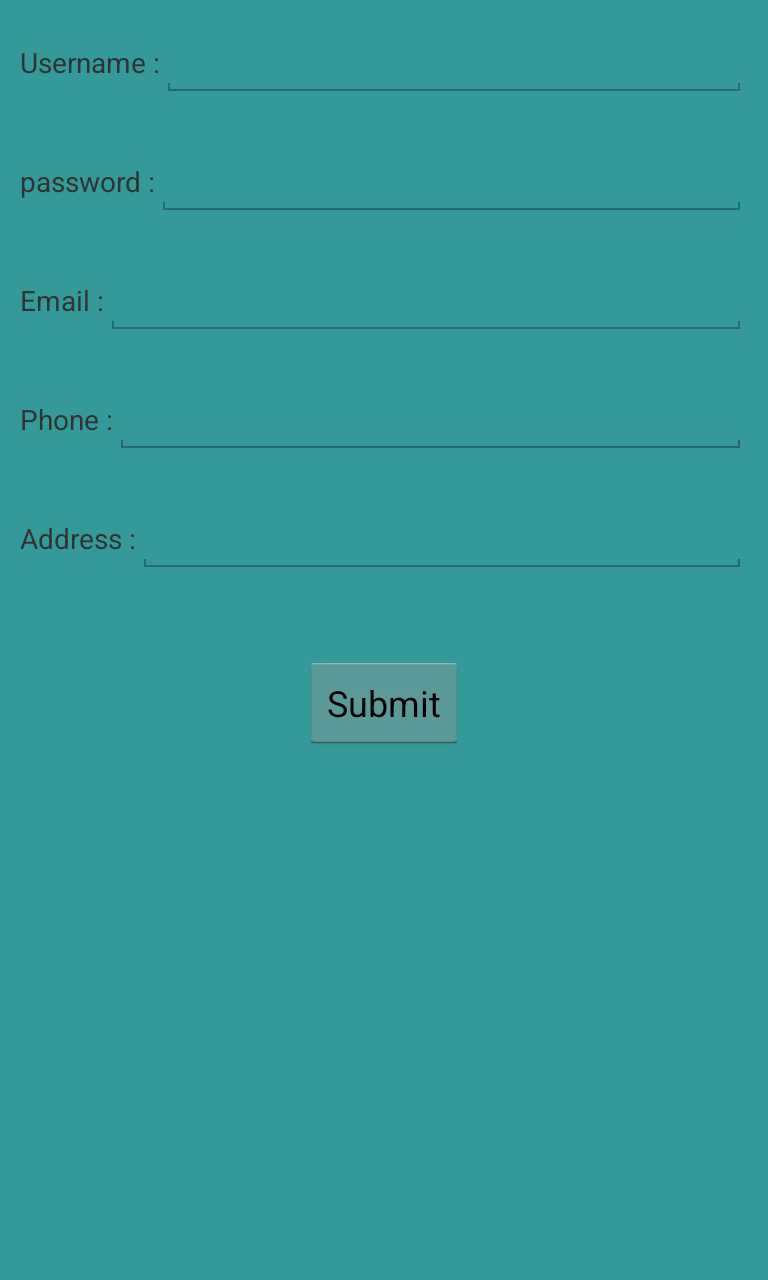
Repository: AnithaGorli/Android
Layout: CustomerApplication/res/layout/login.xml
These files come from the project's save history. The layout is drawn as it stood at one moment and after the next save; the edit follows.
It is drawn on a 768 x 1280 px phone screen (xhdpi) without system bars, with theme AppTheme; the app's code is not run.

Above is the layout before, as saved 2014-09-09 11:23:30.

### CustomerApplication/res/layout/login.xml
<?xml version="1.0" encoding="utf-8"?>
<LinearLayout xmlns:android="http://schemas.android.com/apk/res/android"
    android:layout_width="match_parent"
    android:layout_height="match_parent"
    android:orientation="vertical"
    android:background="#339999">

<LinearLayout
        android:id="@+id/l1"
        android:layout_width="match_parent"
        android:layout_height="wrap_content"
        android:padding="10dp" >

        <TextView
            android:id="@+id/user_txt"
            android:layout_width="wrap_content"
            android:layout_height="wrap_content"
            android:text="@string/username"
             />

        <EditText
            android:id="@+id/user_edt"
            android:layout_width="match_parent"
            android:layout_height="wrap_content"
            android:inputType="text" />
    </LinearLayout>

    <LinearLayout
        android:id="@+id/l2"
        android:layout_width="match_parent"
        android:layout_height="wrap_content"
        android:padding="10dp"
         >

        <TextView
            android:id="@+id/pwd_txt"
            android:layout_width="wrap_content"
            android:layout_height="wrap_content"
            android:text="@string/password"
            />

        <EditText
            android:id="@+id/pwd_edt"
            android:layout_width="match_parent"
            android:layout_height="wrap_content"
            android:inputType="text"
            android:password="true" />
    </LinearLayout>
    <LinearLayout
        android:id="@+id/l3"
        android:layout_width="match_parent"
        android:layout_height="wrap_content"
        android:padding="10dp" >

        <TextView
            android:id="@+id/email_txt"
            android:layout_width="wrap_content"
            android:layout_height="wrap_content"
            android:text="@string/email"
             />

        <EditText
            android:id="@+id/email_edt"
            android:layout_width="match_parent"
            android:layout_height="wrap_content"
            android:inputType="text" />
    </LinearLayout>
    <LinearLayout
        android:id="@+id/l4"
        android:layout_width="match_parent"
        android:layout_height="wrap_content"
        android:padding="10dp" >

        <TextView
            android:id="@+id/phn_txt"
            android:layout_width="wrap_content"
            android:layout_height="wrap_content"
            android:text="@string/phone"
           />

        <EditText
            android:id="@+id/phn_edt"
            android:layout_width="match_parent"
            android:layout_height="wrap_content"
            android:inputType="text" />
    </LinearLayout>
    <LinearLayout
        android:id="@+id/l5"
        android:layout_width="match_parent"
        android:layout_height="wrap_content"
        android:padding="10dp" >

        <TextView
            android:id="@+id/address_txt"
            android:layout_width="wrap_content"
            android:layout_height="wrap_content"
            android:text="@string/address"
            />

        <EditText
            android:id="@+id/address_edt"
            android:layout_width="match_parent"
            android:layout_height="wrap_content"
            android:inputType="text" />
    </LinearLayout>

    <Button
        android:id="@+id/submit_btn"
        android:layout_width="wrap_content"
        android:layout_height="wrap_content"
        android:text="@string/submit"
        android:layout_marginTop="30dp"
        android:layout_gravity="center_horizontal"
        />

</LinearLayout>

### CustomerApplication/res/values/strings.xml
<resources>

    <string name="app_name">CustomerApplication</string>
<string name="username">Username :</string>
<string name="password">password :</string>
<string name="email">Email :</string>
<string name="phone">Phone :</string>
<string name="address">Address :</string>
<string name="submit">Submit</string>
<string name="login">Login</string>
<string name="introduction">WELCOME CUSTOMERS</string>
</resources>

Loaded but not shown: CustomerApplication/res/values/styles.xml (common file); CustomerApplication/res/values-v11/styles.xml (common file); CustomerApplication/res/values-v14/styles.xml (common file)

After the next save:
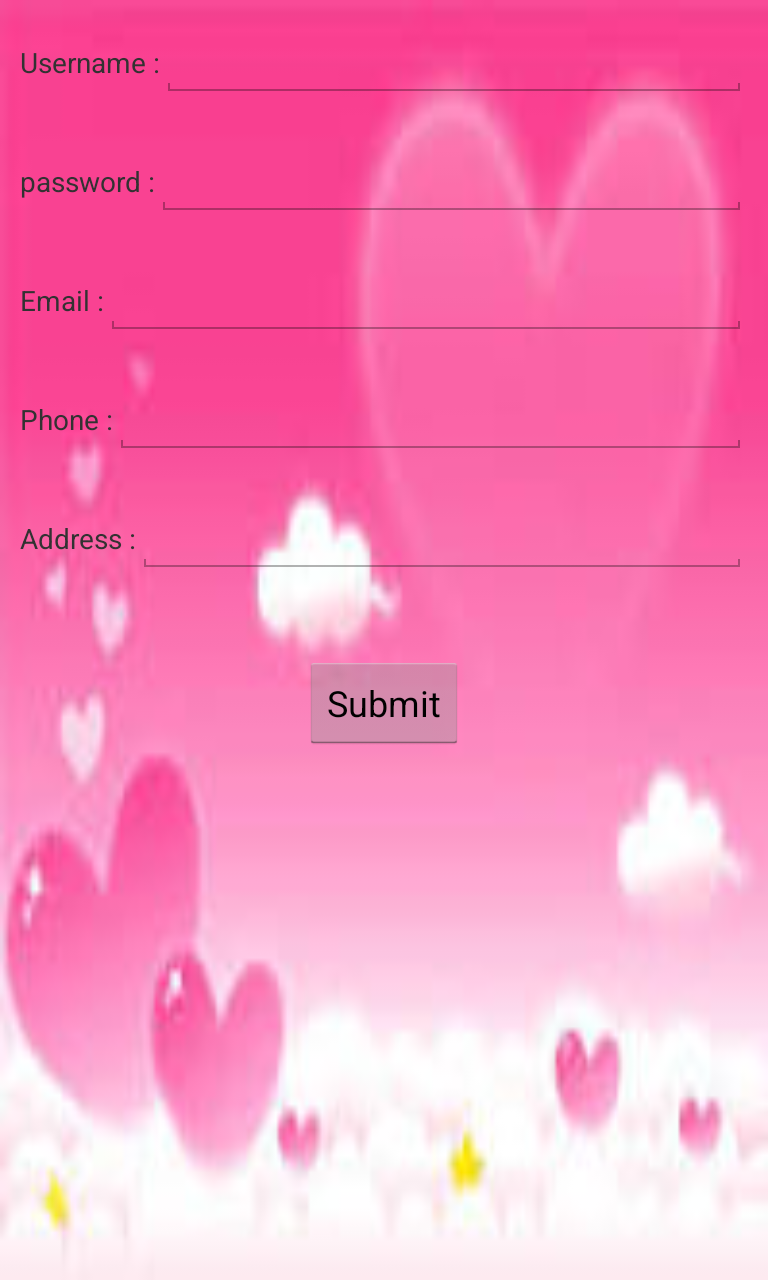
Saved 2 min 4 s later.
--- a/CustomerApplication/res/layout/login.xml
+++ b/CustomerApplication/res/layout/login.xml
@@ -3,7 +3,7 @@
     android:layout_width="match_parent"
     android:layout_height="match_parent"
     android:orientation="vertical"
-    android:background="#339999">
+    android:background="@drawable/custom">
 
 <LinearLayout
         android:id="@+id/l1"
